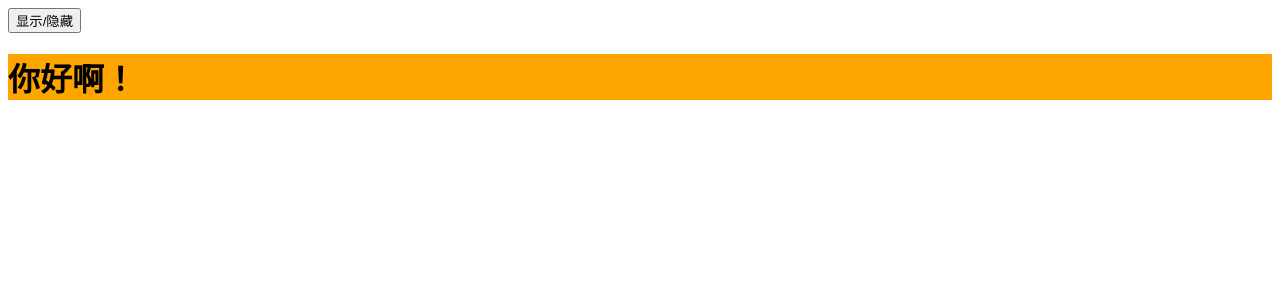
Repository: 13067902180/vue2.0study
Page: /
These files come from the project's save history. The page is drawn as it stood at one moment and after a run of saves; the edit follows.
The browser window is 1280 px wide. The pictures show the whole page.
The project was rebuilt for these pictures with package versions that can differ from the ones it lists, and the page was loaded fresh each time. Also part of the build but not shown: vue.config.js.

Above is the page before, as saved 2023-02-24 14:07:25.

### public/index.html
<!DOCTYPE html>
<html lang="">
  <head>
    <meta charset="utf-8">
    <!-- 针对ie浏览器的特殊配置，让ie最高级别渲染页面 -->
    <meta http-equiv="X-UA-Compatible" content="IE=edge">
    <!-- 开启移动端的理想视口 -->
    <meta name="viewport" content="width=device-width,initial-scale=1.0">
    <!-- 配置页签图标 <%= BASE_URL %> ==== ./ 怕打包出问题 指的是public所在的路径-->
    <link rel="icon" href="<%= BASE_URL %>favicon.ico">
    <!-- 配置网页图标  %= htmlWebpackPlugin.options.title % 是webpack里的插件1-->
    <title><%= htmlWebpackPlugin.options.title %></title>
  </head>
  <body>
    <!-- 如果浏览器不支持js 显示 支持就不渲染 -->
    <noscript>
      <strong>We're sorry but <%= htmlWebpackPlugin.options.title %> doesn't work properly without JavaScript enabled. Please enable it to continue.</strong>
    </noscript>

    <div id="app"></div>
    <!-- built files will be auto injected -->
  </body>
</html>
<!-- 整个页面的界面 -->

### src/main.js
//引入vue 精简版  正式版是vue.js dist/vue.js
import Vue from 'vue'
//app所有组件的父组件
import App from './App.vue'
//import {hunhe,hunhe2} from './mixin'
//import plugins from './plugins'
// 引用插件
//Vue.use(plugins)
// 引用混入
//Vue.mixin(hunhe)
//Vue.mixin(hunhe2)
// 关闭生产提示
// const demo = Vue.extend({});
// const d = new demo()
// 创建vuecompoment实例挂到vue的原型x上去
// Vue.prototype.x = d
Vue.config.productionTip = false
// 创建vue实例对象  ---vm
new Vue({
  // 将app组件放入容器中
  render: h => h(App),
  // 引用了精简版vue没有模板解析器 要用render函数不能用template
  // vue包含模板解析器和vue核心
  // render(creat){
  //  return creat('h1','NIHAO')
  // }
  // 等于el：'#app'
  beforeCreate() {
    // 把$bus挂到vue的原型上去 $bus是当前引用vm 相当于一个傀儡存放使用
    Vue.prototype.$bus = this//安装全局事件总线 bus有总线的意思
  }
}).$mount('#app')

### src/App.vue
<template>
  <div id="app">
    <Test></Test>
  </div>
</template>

<script>
// 引入组件  组件全放到components
import Test from "./components/Test.vue";
export default {
  name: "App",

  // 注册组件
  components: {
    // eslint-disable-next-line vue/no-unused-components
    Test,
  },
};
</script>

<style>
</style>

### src/components/Test.vue

<template>
  <div>
    <button @click="isShow = !isShow">显示/隐藏</button>
    <!-- appear 一开始触发动画进场效果 -->
    <transition name="hello" :appear="true">
      <h1 v-show="isShow">你好啊！</h1>
    </transition>
  </div>
</template>

<script>
export default {
  // eslint-disable-next-line vue/multi-word-component-names
  name: "Test",
  data() {
    return {
      isShow: true,
    };
  },
};
</script>

<style  scoped>
h1 {
  background: orange;
}
.hello-enter-active {
  animation: atguigu 1s linear;
}
.hello-leave-active {
  animation: atguigu 1s linear reverse;
}
@keyframes atguigu {
  from {
    transform: translateX(-100%);
  }
  to {
    transform: translateX(0px);
  }
}
</style>>

### src/components/Test2.vue

<template>
  <div>
    <button @click="isShow = !isShow">显示/隐藏</button>
    <!-- appear 一开始触发动画进场效果 -->
    <transition name="hello" :appear="true">
      <h1 v-show="isShow">你好啊！</h1>
    </transition>
  </div>
</template>

<script>
export default {
  // eslint-disable-next-line vue/multi-word-component-names
  name: "Test",
  data() {
    return {
      isShow: true,
    };
  },
};
</script>

<style  scoped>
h1 {
  background: orange;
}
.hello-enter-active {
  animation: atguigu 1s linear;
}
.hello-leave-active {
  animation: atguigu 1s linear reverse;
}
@keyframes atguigu {
  from {
    transform: translateX(-100%);
  }
  to {
    transform: translateX(0px);
  }
}
</style>>

After the next 2 saves:
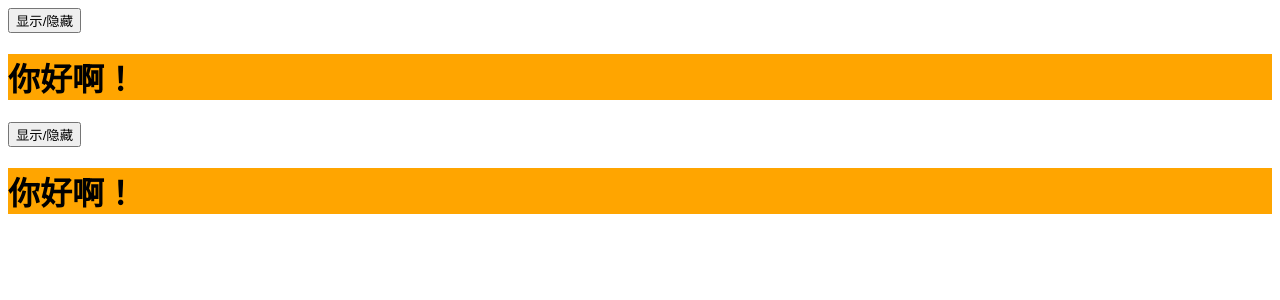
The 2 saves are shown as one change because 1 did not build or start.
The last was saved 2 min 41 s later.
--- a/src/App.vue
+++ b/src/App.vue
@@ -1,12 +1,14 @@
 <template>
   <div id="app">
     <Test></Test>
+    <Test2></Test2>
   </div>
 </template>
 
 <script>
 // 引入组件  组件全放到components
 import Test from "./components/Test.vue";
+import Test2 from "./components/Test2.vue";
 export default {
   name: "App",
 
@@ -14,6 +16,7 @@ export default {
   components: {
     // eslint-disable-next-line vue/no-unused-components
     Test,
+    Test2,
   },
 };
 </script>
